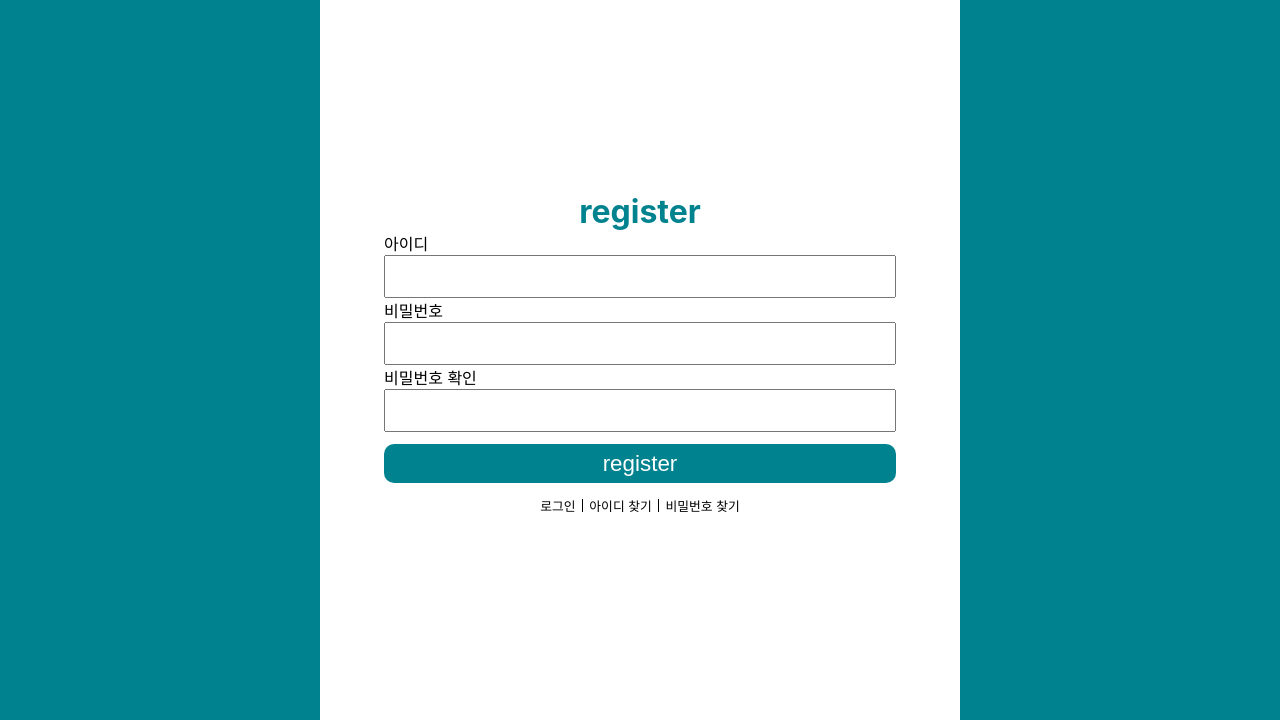
Repository: SeungYn/ticktickup-client
Page: /register
An editor plug-in stored every save of this project. The page is shown before and after the next save, followed by the edit.
The browser window is 1280 px wide. The pictures show the whole page.
The project was rebuilt for these pictures with package versions that can differ from the ones it lists, and the page was loaded fresh each time. Also part of the build but not shown: src/App.tsx, src/pages/Main.tsx, src/pages/TimeDetail.tsx, src/pages/MyInfo.tsx, src/containers/auth/LoginFormContainer.tsx, src/pages/LoginPage.tsx.

Above is the page before, as saved 2023-01-04 00:07:35.

### src/index.tsx
import React from 'react';
import ReactDOM from 'react-dom/client';
import { createBrowserRouter, RouterProvider } from 'react-router-dom';

import './index.css';
import App from './App';
import Main from './pages/Main';
import TimeDetail from './pages/TimeDetail';
import MyInfo from './pages/MyInfo';
import LoginContainer from './pages/LoginPage';
import RegisterPage from './pages/RegisterPage';
import { Provider } from 'react-redux';
import { store } from './modules';

const root = ReactDOM.createRoot(
  document.getElementById('root') as HTMLElement
);

const router = createBrowserRouter([
  {
    path: '/',
    element: <App />,
    children: [
      { index: true, element: <Main /> },
      {
        path: 'TimeDetail',
        element: <TimeDetail />,
      },
      {
        path: 'Myinfo',
        element: <MyInfo />,
      },
    ],
  },
  {
    path: 'Login',
    element: <LoginContainer />,
  },
  {
    path: 'register',
    element: <RegisterPage />,
  },
]);

root.render(
  <Provider store={store}>
    <RouterProvider router={router}></RouterProvider>
  </Provider>
);

### src/index.css
* {
  box-sizing: border-box;
}

html {
  height: 100%;
  width: 100%;
}

body {
  margin: 0;
  font-family: -apple-system, BlinkMacSystemFont, 'Segoe UI', 'Roboto', 'Oxygen',
    'Ubuntu', 'Cantarell', 'Fira Sans', 'Droid Sans', 'Helvetica Neue',
    sans-serif;
  -webkit-font-smoothing: antialiased;
  -moz-osx-font-smoothing: grayscale;
  height: 100%;
  width: 100%;
}

code {
  font-family: source-code-pro, Menlo, Monaco, Consolas, 'Courier New',
    monospace;
}

#root {
  height: 100%;
  width: 100%;
  background-color: #00838f;
  display: flex;
  justify-content: center;
}

input {
  outline: none;
}

h1,
h2 {
  margin: 0;
}

button {
  outline: none;
  background: none;
  border: none;
  cursor: pointer;
  padding: 0;
}

a {
  text-decoration: none;
  color: black;
}

a:visited {
  color: black;
}

### src/pages/RegisterPage.tsx
import React from 'react';
import RegisterFormContainer from '../containers/auth/RegisterFormContainer';

export default function RegisterPage() {
  const onSubmit = (e: React.FormEvent<HTMLFormElement>) => {
    e.preventDefault();
    console.log('submit');
  };
  return <RegisterFormContainer />;
}

### src/modules/index.ts
import { configureStore } from '@reduxjs/toolkit';
import authReducer from './auth';
import loadingReducer from './Loading';

export const store = configureStore({
  reducer: { auth: authReducer, loading: loadingReducer },
});
export type RootState = ReturnType<typeof store.getState>;
export type AppDispatch = typeof store.dispatch;

### src/containers/auth/RegisterFormContainer.tsx
import React from 'react';
import { useDispatch, useSelector } from 'react-redux';
import AuthForm from '../../components/auth/AuthForm';
import { AppDispatch, RootState } from '../../modules';
import { authRegister, changeField } from '../../modules/auth';

export default function RegisterFormContainer() {
  const { register, authError } = useSelector((state: RootState) => state.auth);
  const { loading } = useSelector((state: RootState) => state);
  const dispatch = useDispatch<AppDispatch>();
  const onSubmit = async (e: React.FormEvent<HTMLFormElement>) => {
    e.preventDefault();
    console.log('submit');

    const test = await dispatch(
      authRegister({ username: register.username, password: register.password })
    );
    console.log(test);
  };

  const onChange = (e: React.ChangeEvent<HTMLInputElement>) => {
    const { name, value } = e.target;
    dispatch(changeField({ form: 'register', name, value }));
  };
  console.log(authError);
  return (
    <AuthForm
      type={'register'}
      form={register}
      onChange={onChange}
      onSubmit={onSubmit}
      loading={loading.loading}
      passwordMatch={register.passwordMatch}
      authError={authError}
    />
  );
}

### src/modules/auth.ts
import { AxiosError, AxiosResponse } from 'axios';
import {
  createAsyncThunk,
  createSlice,
  current,
  PayloadAction,
} from '@reduxjs/toolkit';
import { AppDispatch } from '.';
import AuthService from '../service/authService';
import { finishLoading, startLoading } from './Loading';

const authService = AuthService.getHttpInstance();

export interface AuthSuccessResponse {
  username: string;
  token: string;
}

export interface AuthFailResponse {
  error: string;
}

export type Register = {
  username: string;
  password: string;
  passwordConfirm: string;
  passwordMatch: boolean;
  [key: string]: string | boolean;
};

export type Login = {
  username: string;
  password: string;
  [key: string]: string;
};

export const authRegister = createAsyncThunk<
  { token: string; username: string },
  { username: string; password: string },
  {
    rejectValue: AuthFailResponse;
    dispatch: AppDispatch;
  }
>('auth/REGISTER', async (form, thunkAPI) => {
  console.log('async');
  console.log(thunkAPI);
  thunkAPI.dispatch(startLoading());
  try {
    const res = (await authService.signup(
      form.username,
      form.password
    )) as AxiosResponse;

    return res.data;
  } catch (e) {
    //todo 에러메세지 가져오기

    return thunkAPI.rejectWithValue({ error: String(e) });
  } finally {
    thunkAPI.dispatch(finishLoading());
  }
});

export const authLogin = createAsyncThunk(
  'auth/LOGIN',
  async (form: Login, thunkAPI) => {
    thunkAPI.dispatch(startLoading());
    try {
      return { payload: { token: '123', username: '123' } };
    } catch (e) {
      return thunkAPI.rejectWithValue({ error: '123' });
    } finally {
      thunkAPI.dispatch(finishLoading());
    }
  }
);

interface InitialAuthFormState {
  register: Register;
  login: Login;
  authError: string | null | undefined;
  authDuplicateError: string | null;
  auth: null | { [key: string]: string };
}

const initialAuthFormState: InitialAuthFormState = {
  register: {
    username: '',
    password: '',
    passwordConfirm: '',
    passwordMatch: true,
  },

  login: {
    username: '',
    password: '',
  },
  authError: null,
  authDuplicateError: null,
  auth: null,
};

const authSlice = createSlice({
  name: 'authForm',
  initialState: initialAuthFormState,
  reducers: {
    changeField: (
      state,
      {
        payload,
      }: PayloadAction<{
        form: 'login' | 'register';
        value: string;
        name: string;
      }>
    ) => {
      const { form, name, value } = payload;

      state[form][name] = value;
      if (form === 'register') {
        if (state[form].password !== state[form].passwordConfirm)
          state[form].passwordMatch = false;
        else state[form].passwordMatch = true;
      }
    },
    initialForm: (
      state,
      { payload }: PayloadAction<{ form: 'login' | 'register' }>
    ) => {
      const { form } = payload;
      if (form === 'login') state[form] = initialAuthFormState[form];
      else state[form] = initialAuthFormState[form];
    },
  },
  extraReducers: (builder) => {
    builder
      .addCase(authRegister.pending, (state, action) => {
        state.authError = null;
        console.log('pending auth');
      })
      .addCase(authRegister.fulfilled, (state, action) => {
        state.auth = action.payload;
        console.log('fulfilled auth');
      })
      .addCase(authRegister.rejected, (state, action) => {
        state.authError = action.payload?.error;
      })
      .addCase(authLogin.pending, (state, action) => {
        console.log('pending');
      })
      .addCase(authLogin.fulfilled, (state, action) => {
        console.log('fulfilled');
      })
      .addCase(authLogin.rejected, (state, action) => {
        console.log('rejected');
      });
  },
});

export const { changeField, initialForm } = authSlice.actions;

export default authSlice.reducer;

### src/modules/Loading.ts
import { createSlice } from '@reduxjs/toolkit';

const loadingSlice = createSlice({
  name: 'loading',
  initialState: { loading: false },
  reducers: {
    startLoading: (state) => {
      console.log('startLoading');
      state.loading = true;
    },
    finishLoading: (state) => {
      state.loading = false;
    },
  },
});

export const { startLoading, finishLoading } = loadingSlice.actions;
export default loadingSlice.reducer;

### src/components/auth/AuthForm.tsx
import styles from './authForm.modue.scss';
import classNames from 'classnames';
import AuthBtn from '../common/AuthBtn';
import { Link } from 'react-router-dom';
import { Login, Register } from '../../modules/auth';
import { AppDispatch } from '../../modules';
import React from 'react';
import { css } from 'styled-components';
const cx = classNames.bind(styles);
interface AuthFormType {
  type: string;
  form: Login | Register;
  loading?: boolean;
  passwordMatch?: boolean;
  onSubmit: (e: React.FormEvent<HTMLFormElement>) => void;
  onChange: (e: React.ChangeEvent<HTMLInputElement>) => void;
  authError?: null | string;
}

export default function AuthForm({
  type,
  form,
  onChange,
  onSubmit,
  loading,
  passwordMatch,
  authError,
}: AuthFormType) {
  console.log(passwordMatch);
  return (
    <form className={cx('form')} onSubmit={onSubmit}>
      <h1>{type}</h1>
      <label htmlFor='username'>
        아이디
        <input
          type='text'
          name='username'
          onChange={onChange}
          value={form.username}
          required
        />
      </label>

      <label htmlFor='password'>
        비밀번호
        <input
          type='password'
          name='password'
          onChange={onChange}
          value={form.password}
          required
        />
      </label>

      {type === 'register' && (
        <label htmlFor='password' id='label-last'>
          <div>
            <span>비밀번호 확인</span>{' '}
            {!passwordMatch && (
              <span className={cx({ passwordNotMatch: !passwordMatch })}>
                비밀번호를 확인해 주세요
              </span>
            )}
          </div>
          <input
            type='password'
            name='passwordConfirm'
            value={form.passwordConfirm}
            onChange={onChange}
            required
          />
        </label>
      )}
      {authError && <span style={{ color: 'red' }}>{authError}</span>}
      <AuthBtn title={type} />

      <div className={cx('footer')}>
        {type === 'login' ? (
          <Link to='/register' className={cx('footerBtn')}>
            회원가입
          </Link>
        ) : (
          <Link to='/login' className={cx('footerBtn')}>
            로그인
          </Link>
        )}
        <span className={cx('gap')}></span>
        <button className={cx('footerBtn')}>아이디 찾기</button>
        <span className={cx('gap')}></span>
        <button className={cx('footerBtn')}>비밀번호 찾기</button>
      </div>
    </form>
  );
}

### src/service/authService.ts
import { AxiosPromise, AxiosResponse } from 'axios';
import Http, { HttpInterface } from '../network/http';
export default class AuthService {
  private static instance: AuthService;

  private constructor(private http: HttpInterface) {}

  async signup(username: string, password: string) {
    const data = await this.http.fetch('/auth/signup', {
      method: 'POST',
      data: JSON.stringify({ username, password }),
    });
    console.log('data', data);
    return data;
  }

  public static getHttpInstance() {
    if (!AuthService.instance) {
      AuthService.instance = new AuthService(Http.getHttpInstance());
    }
    return AuthService.instance;
  }
}

### src/components/auth/authForm.modue.scss
@import '../../styles/utils.scss';

.form {
  width: 50%;
  min-width: 500px;
  height: 100%;
  display: flex;
  flex-direction: column;
  justify-content: center;
  align-items: center;
  background-color: $backgroundColor;
  padding: 0 4rem;

  & > *:not(label) {
    margin-bottom: 0.8rem;
  }

  & #label-last {
    margin-bottom: 0.8rem;
  }

  & > h1 {
    margin: 0;
    color: $main-color;
  }

  & input {
    font-size: 1.4rem;
    padding: 0.4rem 0;
  }

  & label {
    width: 100%;
    display: flex;
    flex-direction: column;
  }
}

.footer {
  display: flex;
  align-items: center;
}

.gap {
  display: inline-block;
  height: 0.8rem;
  border-left: 1px solid black;
}

.footerBtn {
  font-size: 0.8rem;
  padding: 0 0.4rem;
}

.passwordNotMatch {
  color: red;
}

@media (max-width: 800px) {
  .form {
  }
}

### src/components/common/AuthBtn.tsx
import styled from 'styled-components';

interface AuthBtnType {
  title: string;
}

const StyledInput = styled.button`
  width: 100%;

  font-size: 1.4rem;
  border: none;
  background: #00838f;
  border-radius: 10px;
  padding: 0.4rem 0;
  color: white;
  &:hover {
    cursor: pointer;
  }
`;

export default function AuthBtn({ title }: AuthBtnType) {
  return <StyledInput>{title}</StyledInput>;
}

### src/network/http.ts
import axios, {
  AxiosError,
  AxiosInstance,
  AxiosInterceptorOptions,
  AxiosRequestConfig,
  AxiosResponse,
} from 'axios';

export interface HttpInterface {
  fetch: (
    url: string,
    options: AxiosRequestConfig
  ) => Promise<AxiosResponse | AxiosError>;
}

export default class Http implements HttpInterface {
  private static instance: Http;
  private readonly client: AxiosInstance;
  private constructor(baseURL: string) {
    this.client = axios.create({
      baseURL: baseURL,
      withCredentials: true,
    });
  }

  async fetch(
    url: string,
    options: AxiosRequestConfig
  ): Promise<AxiosResponse> {
    this.client.defaults.headers.post['Content-Type'] = 'application/json';
    const { data, method, headers } = options;
    const request = {
      url,
      method,
      headers: {
        ...headers,
      },
      data,
    };
    let res: AxiosResponse;

    try {
      res = await this.client(request);
      return res;
    } catch (e) {
      if (axios.isAxiosError(e)) {
        const message = e.response?.data?.message;
        if (message) {
          throw new Error(message);
        }
      }
      throw new Error('Connect Error');
    }
  }
  public static getHttpInstance() {
    if (!Http.instance) {
      Http.instance = new Http(process.env.REACT_APP_BASE_URL as string);
    }
    return Http.instance;
  }
}

const a: HttpInterface = Http.getHttpInstance();

### src/styles/utils.scss
@import '~include-media/dist/include-media';

$red: #fa5252;
$orange: #fd7e14;
$yellow: #fcc419;
$green: #40c057;
$blue: #339af0;
$indigo: #5c7cfa;
$violet: #7950f2;
$backgroundColor: white;
$main-color: #00838f;
$font-size-medium: 1.2rem;
@mixin square($size) {
  $calculated: 32px * $size;
  width: $calculated;
  height: $calculated;
}

### src/components/common/ConfirmModal.tsx
import styled from 'styled-components';

interface ModalType {
  title: string;
  content: string;
  callback: () => void;
}

const ModalContainer = styled.div`
  position: fixed;
  background-color: rgba(0, 0, 0, 0.5);
  display: flex;
  justify-content: center;
  align-items: center;
`;

const ModalContent = styled.div``;

export default function ConfirmModal({ title, content, callback }: ModalType) {
  return (
    <ModalContainer>
      <ModalContent>
        <h2>{title}</h2>
        <p>{content}</p>
        <button onClick={callback}>확인</button>
      </ModalContent>
    </ModalContainer>
  );
}

Loaded but not shown: public/index.html (common file)

After the next save:
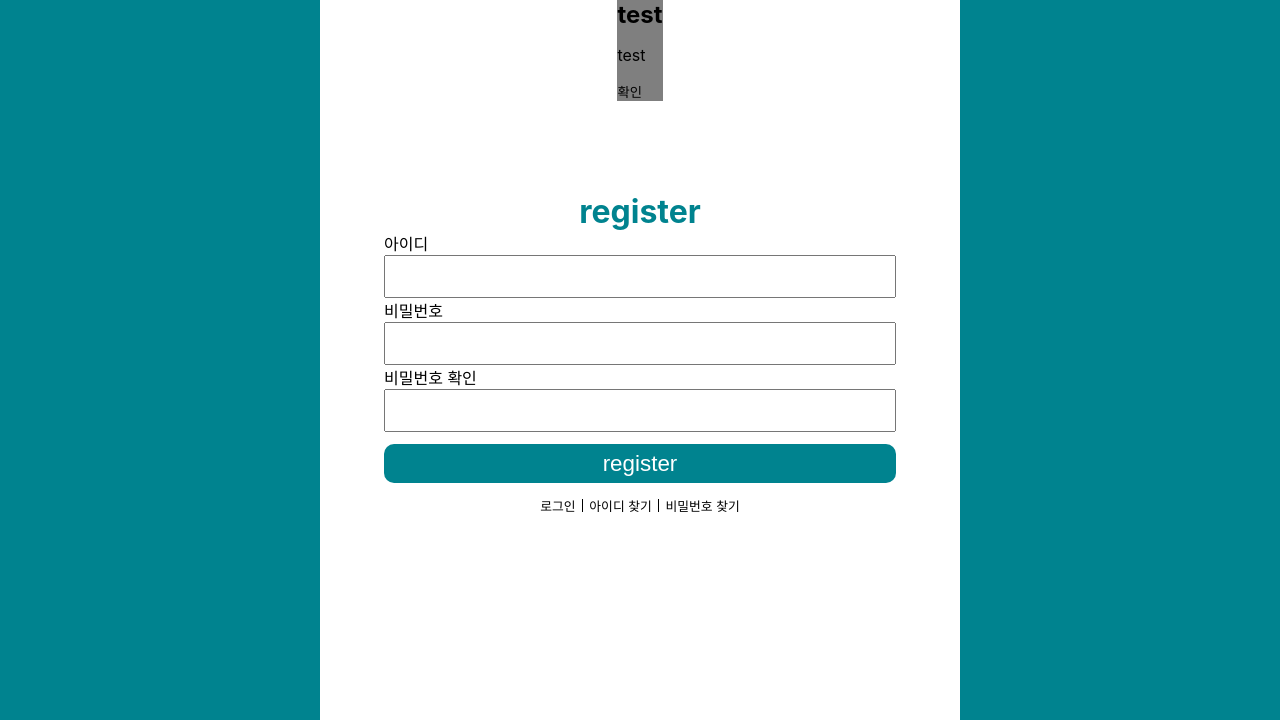
Saved 110 s later.
--- a/src/components/auth/AuthForm.tsx
+++ b/src/components/auth/AuthForm.tsx
@@ -6,6 +6,7 @@ import { Login, Register } from '../../modules/auth';
 import { AppDispatch } from '../../modules';
 import React from 'react';
 import { css } from 'styled-components';
+import ConfirmModal from '../common/ConfirmModal';
 const cx = classNames.bind(styles);
 interface AuthFormType {
   type: string;
@@ -28,67 +29,76 @@ export default function AuthForm({
 }: AuthFormType) {
   console.log(passwordMatch);
   return (
-    <form className={cx('form')} onSubmit={onSubmit}>
-      <h1>{type}</h1>
-      <label htmlFor='username'>
-        아이디
-        <input
-          type='text'
-          name='username'
-          onChange={onChange}
-          value={form.username}
-          required
-        />
-      </label>
-
-      <label htmlFor='password'>
-        비밀번호
-        <input
-          type='password'
-          name='password'
-          onChange={onChange}
-          value={form.password}
-          required
-        />
-      </label>
-
-      {type === 'register' && (
-        <label htmlFor='password' id='label-last'>
-          <div>
-            <span>비밀번호 확인</span>{' '}
-            {!passwordMatch && (
-              <span className={cx({ passwordNotMatch: !passwordMatch })}>
-                비밀번호를 확인해 주세요
-              </span>
-            )}
-          </div>
+    <>
+      {true && (
+        <ConfirmModal
+          title='test'
+          content='test'
+          callback={() => {}}
+        ></ConfirmModal>
+      )}
+      <form className={cx('form')} onSubmit={onSubmit}>
+        <h1>{type}</h1>
+        <label htmlFor='username'>
+          아이디
           <input
-            type='password'
-            name='passwordConfirm'
-            value={form.passwordConfirm}
+            type='text'
+            name='username'
             onChange={onChange}
+            value={form.username}
             required
           />
         </label>
-      )}
-      {authError && <span style={{ color: 'red' }}>{authError}</span>}
-      <AuthBtn title={type} />
 
-      <div className={cx('footer')}>
-        {type === 'login' ? (
-          <Link to='/register' className={cx('footerBtn')}>
-            회원가입
-          </Link>
-        ) : (
-          <Link to='/login' className={cx('footerBtn')}>
-            로그인
-          </Link>
+        <label htmlFor='password'>
+          비밀번호
+          <input
+            type='password'
+            name='password'
+            onChange={onChange}
+            value={form.password}
+            required
+          />
+        </label>
+
+        {type === 'register' && (
+          <label htmlFor='password' id='label-last'>
+            <div>
+              <span>비밀번호 확인</span>{' '}
+              {!passwordMatch && (
+                <span className={cx({ passwordNotMatch: !passwordMatch })}>
+                  비밀번호를 확인해 주세요
+                </span>
+              )}
+            </div>
+            <input
+              type='password'
+              name='passwordConfirm'
+              value={form.passwordConfirm}
+              onChange={onChange}
+              required
+            />
+          </label>
         )}
-        <span className={cx('gap')}></span>
-        <button className={cx('footerBtn')}>아이디 찾기</button>
-        <span className={cx('gap')}></span>
-        <button className={cx('footerBtn')}>비밀번호 찾기</button>
-      </div>
-    </form>
+        {authError && <span style={{ color: 'red' }}>{authError}</span>}
+        <AuthBtn title={type} />
+
+        <div className={cx('footer')}>
+          {type === 'login' ? (
+            <Link to='/register' className={cx('footerBtn')}>
+              회원가입
+            </Link>
+          ) : (
+            <Link to='/login' className={cx('footerBtn')}>
+              로그인
+            </Link>
+          )}
+          <span className={cx('gap')}></span>
+          <button className={cx('footerBtn')}>아이디 찾기</button>
+          <span className={cx('gap')}></span>
+          <button className={cx('footerBtn')}>비밀번호 찾기</button>
+        </div>
+      </form>
+    </>
   );
 }
